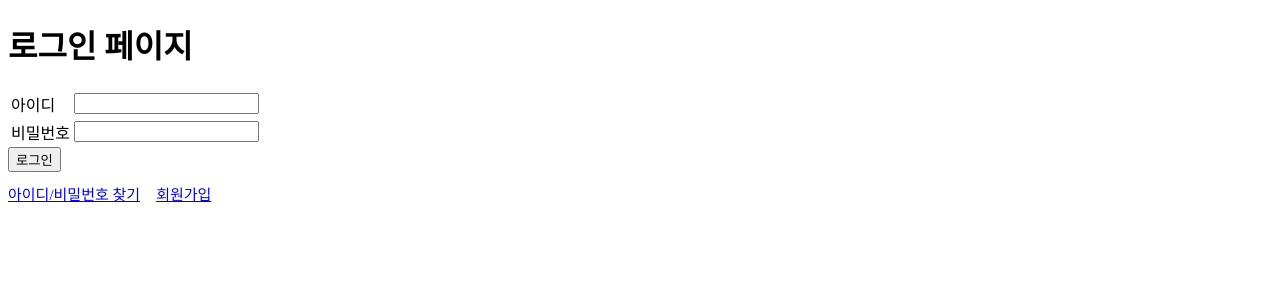
Repository: ksccmp/notice-board
Page: http://localhost/board/login.jsp
These files come from the project's save history. The page is drawn as it stood at one moment and after the next save; the edit follows.
The browser window is 1280 px wide. The pictures show the whole page.
The page is served by Tomcat 9. Nobody is signed in. The application's start-up code is not run.

Above is the page before, as saved 2019-09-18 13:33:09.

After the next save:
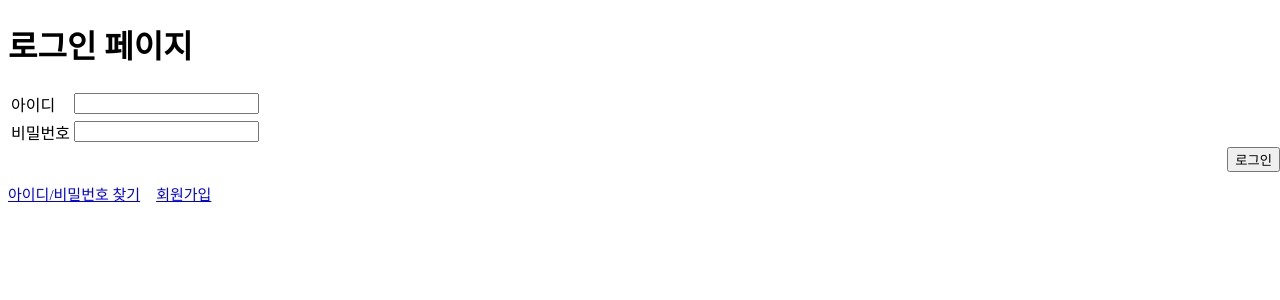
Saved 10 s later.
--- a/board/src/main/webapp/login.jsp
+++ b/board/src/main/webapp/login.jsp
@@ -13,6 +13,7 @@
 
 	#submitposition {
 		position: absolute;
+		right: 0px;
 	}
 </style>
 <body>
